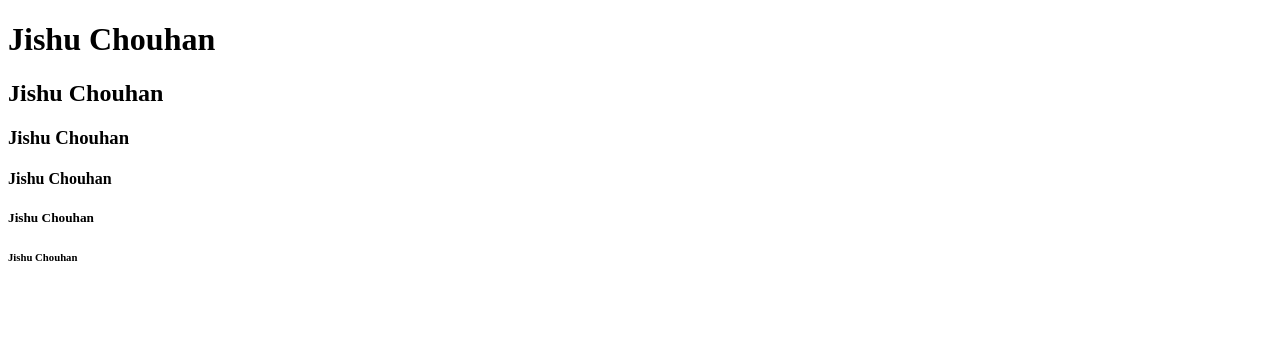
Repository: JishuChouhan/MyCode
Page: index.html
The author's editor kept a copy of each file at every save. The page is drawn from the files as they stood at one save, then again after the next save.
The browser window is 1280 px wide. The pictures show the whole page.

Above is the page before, as saved 2025-02-14 20:33:03.

### index.html
<!DOCTYPE html>
<html lang="en">
<head>
    <meta charset="UTF-8">
    <meta name="viewport" content="width=device-width, initial-scale=1.0">
    <title>HTML</title>
</head>
<body>
    <h1>Jishu Chouhan</h1>
    <h2>Jishu Chouhan</h2>
    <h3>Jishu Chouhan</h3>
    <h4>Jishu Chouhan</h4>
    <h5>Jishu Chouhan</h5>
    <h6>Jishu Chouhan</h6>
</body>
</html>

After the next save:
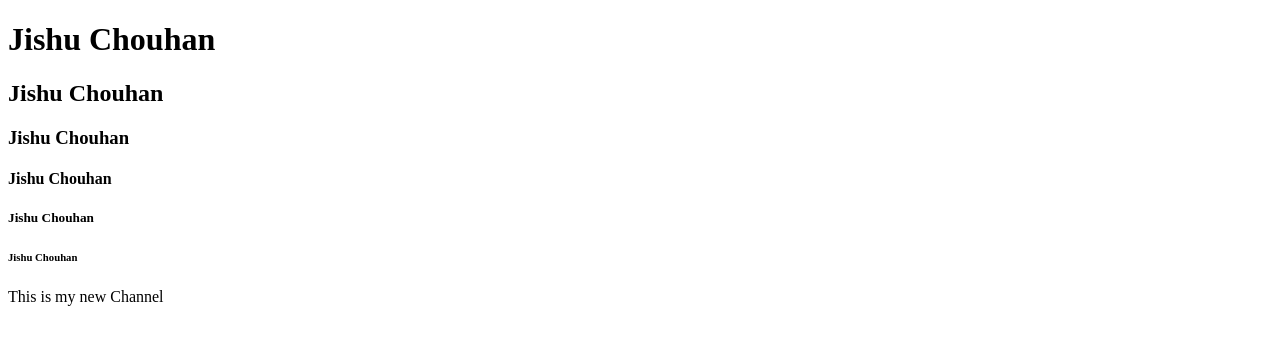
Saved 42 s later.
--- a/index.html
+++ b/index.html
@@ -12,5 +12,7 @@
     <h4>Jishu Chouhan</h4>
     <h5>Jishu Chouhan</h5>
     <h6>Jishu Chouhan</h6>
+
+    <p>This is my new Channel</p>
 </body>
 </html>
